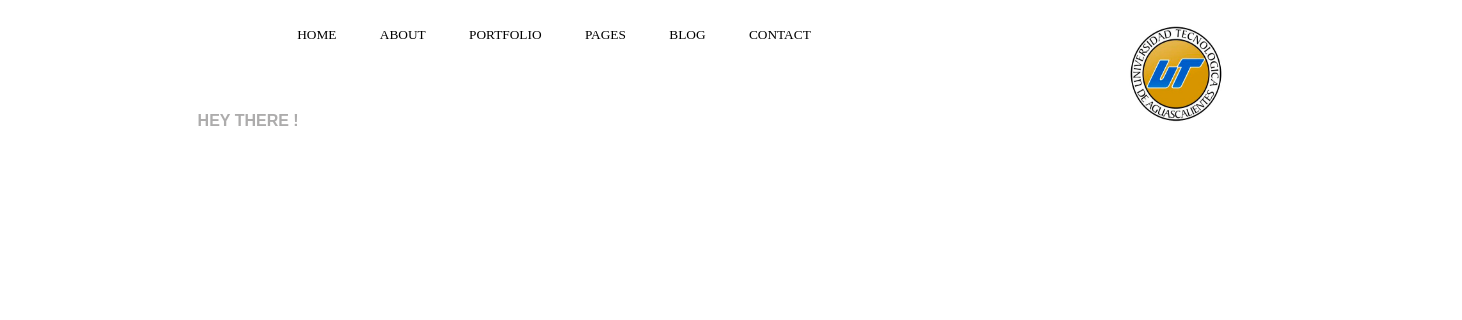
Repository: Armandoyerek11/proyectou1
Page: index.html
The author's editor kept a copy of each file at every save. The page is drawn from the files as they stood at one save, then again after the next save.
The browser window is 1280 px wide. The page is 1462 px wide, so the pictures cover 1462 px, including what lies to the right of the window. The pictures show the whole page.

Above is the page before, as saved 2022-05-30 15:17:55.

After the next save:
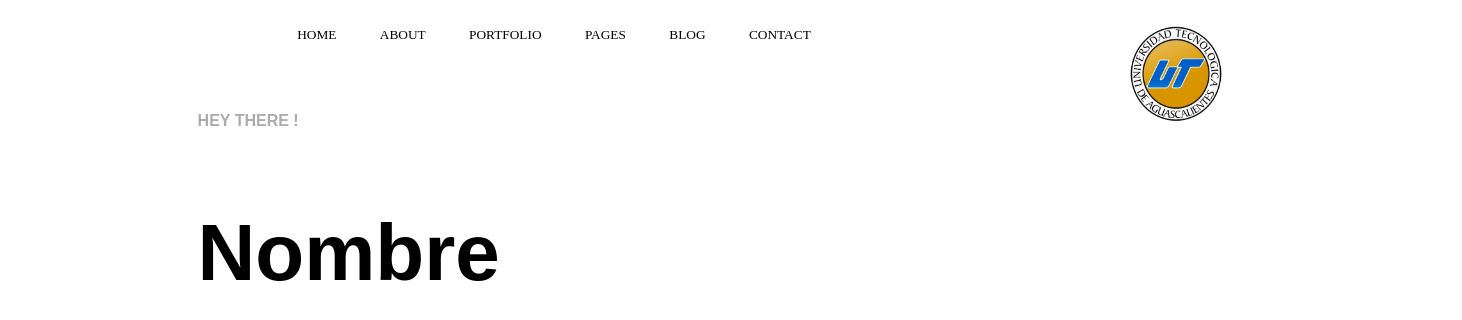
Saved 79 s later.
--- a/index.html
+++ b/index.html
@@ -23,6 +23,7 @@
     <br>
     </br>
     <h1> HEY THERE !</h1>
+    <h2>Nombre</h2>
 
     <img. src="fondo.jpeg" width="600" height="400"></li>
 
